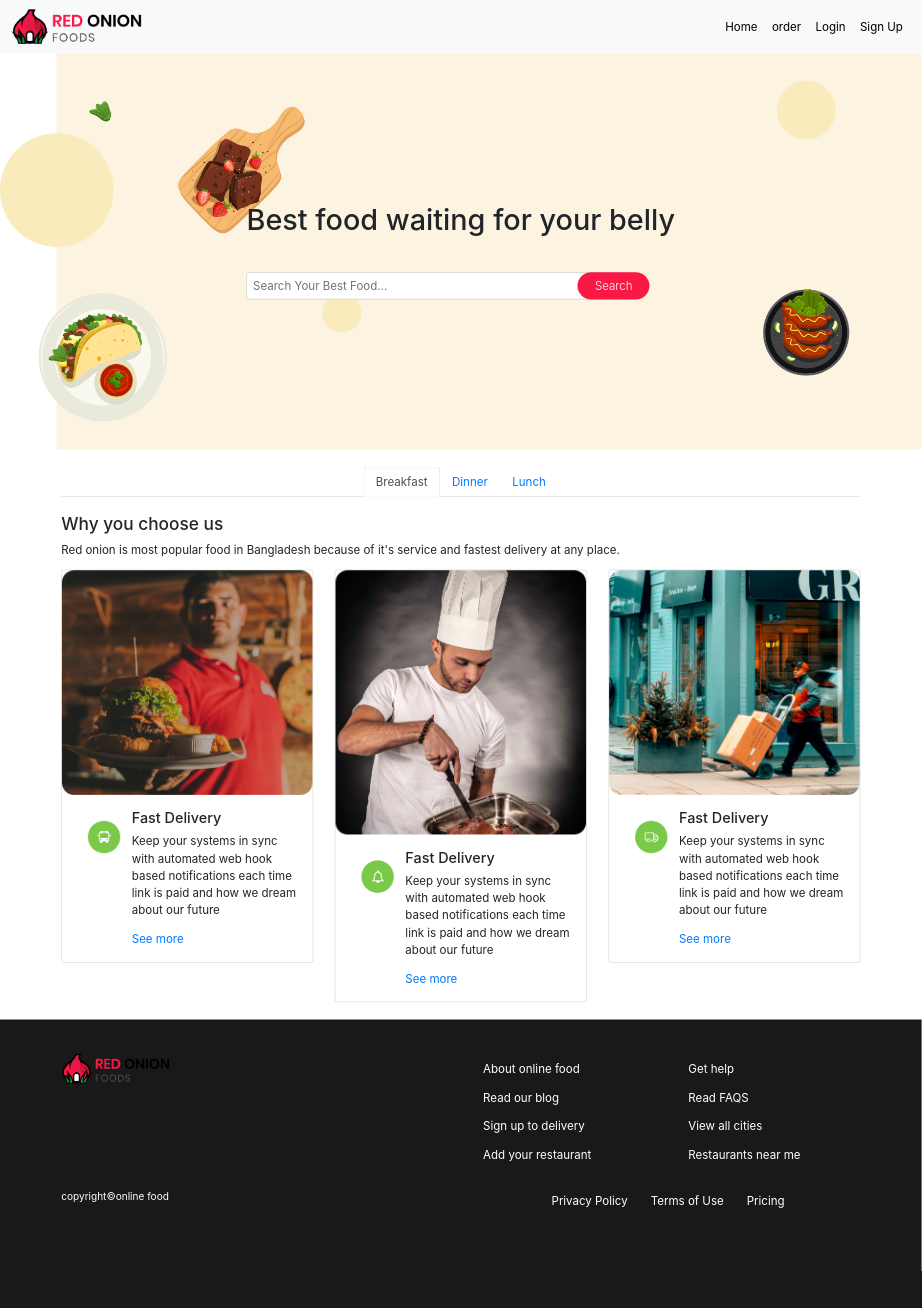
Repository: arif286/red-onion-client
Page: /
The author's editor kept a copy of each file at every save. The page is drawn from the files as they stood at one save, then again after the next save.
The browser window is 1280 px wide. The pictures show the whole page, at 72% of full size.
The page's requests for data from a server got no answer. The project was rebuilt for these pictures with package versions that can differ from the ones it lists, and the page was loaded fresh each time. No one was signed in, and anything a server would have sent is missing. Also part of the build but not shown: src/App.css, src/components/CheckOut/CheckOut.css, src/components/CheckOut/CheckOutForm/CheckOutFrom.js, src/components/CheckOut/CheckOut.js, src/components/FoodDetails/FoodDetail.css, src/components/FoodDetails/FoodDetail.js, src/components/Food/FoodItem.js, src/components/LogIn/firebase.config.js and 7 more. Imported but missing from the stored project, and not drawn on this page: src/components/CheckOut/Map/Map.

Above is the page before, as saved 2021-04-07 01:57:47.

After the next save:
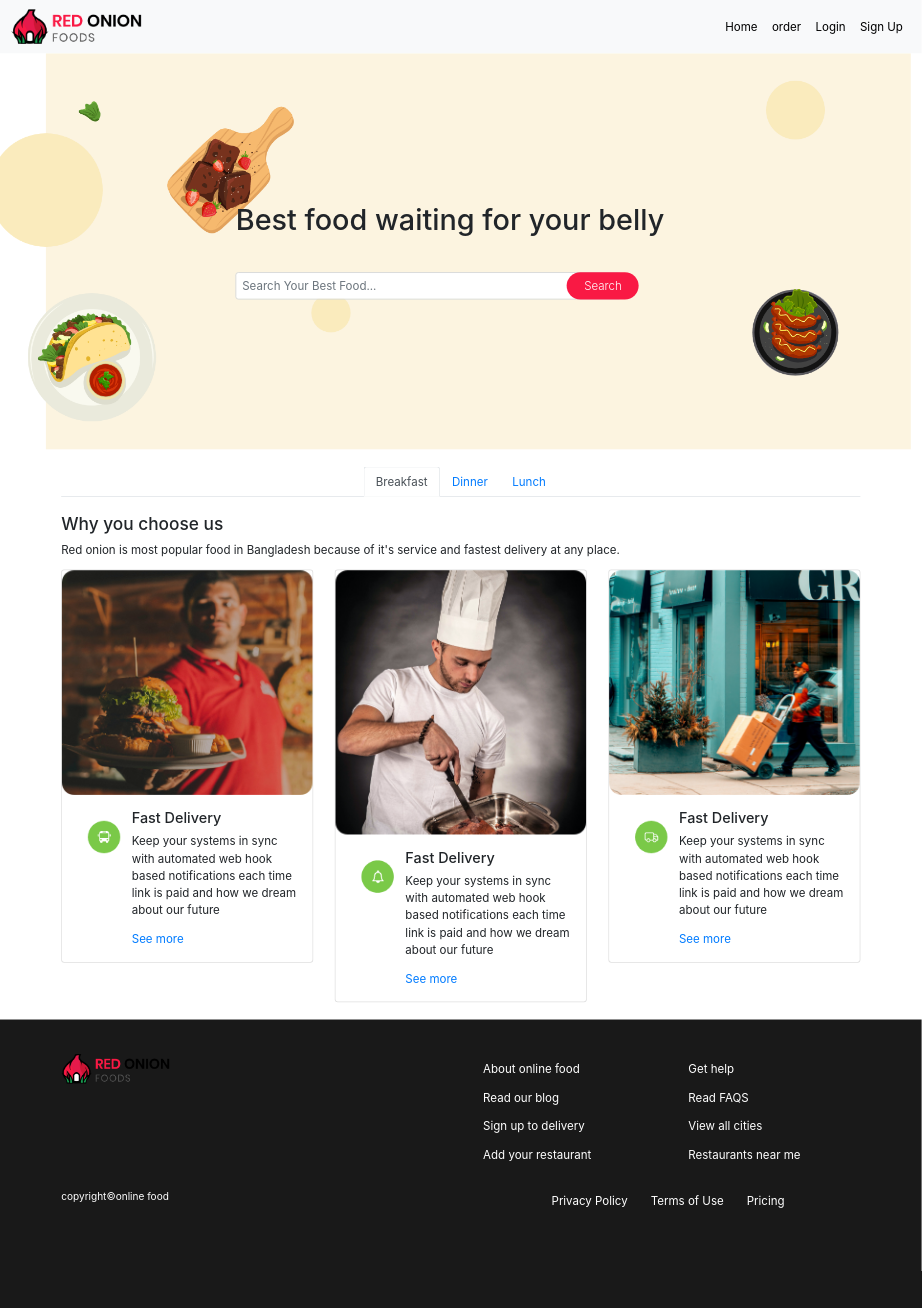
Saved 110 s later.
--- a/src/components/SearchBar/SearchBar.js
+++ b/src/components/SearchBar/SearchBar.js
@@ -1,4 +1,5 @@
 import React from 'react';
+import { Row } from 'react-bootstrap';
 import background from '../../onion-restaurent/bannerbackground.png';
 import './SearchBar.css';
 
@@ -20,7 +21,7 @@ const SearchBar = () => {
         }
     }
     return (
-      <div
+      <Row
         className="d-flex justify-content-center align-items-center"
         style={searchBg.bgImage}
       >
@@ -35,7 +36,7 @@ const SearchBar = () => {
             <input className="search-btn" type="submit" value="Search" />
           </div>
         </div>
-      </div>
+      </Row>
     );
 };
 
